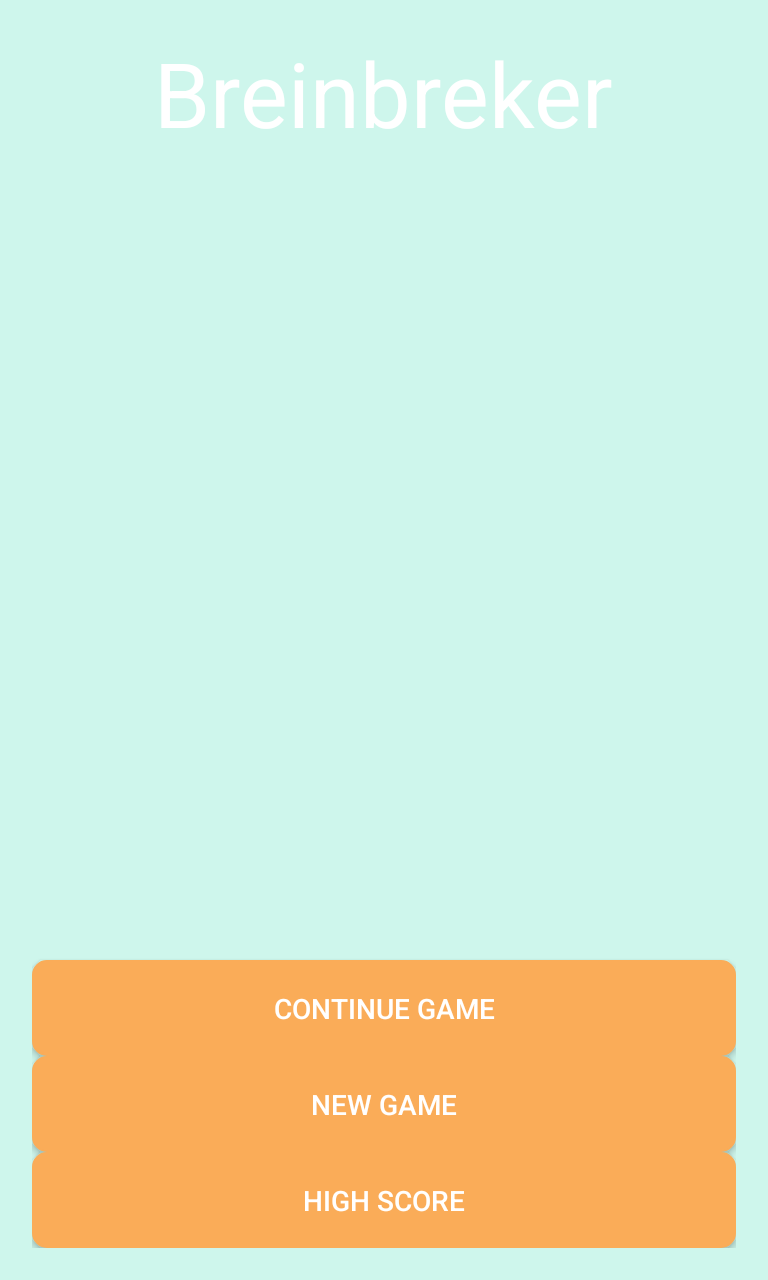
Repository: jelleswester/Breinbreker
Layout: Breinbreker/res/layout/activity_start_screen.xml
An editor plug-in stored every save of this project. The layout is shown before and after the next save, followed by the edit.
It is drawn on a 768 x 1280 px phone screen (xhdpi) without system bars, with theme AppTheme; the app's code is not run.

Above is the layout before, as saved 2015-01-22 20:42:50.

### Breinbreker/res/layout/activity_start_screen.xml
<RelativeLayout xmlns:android="http://schemas.android.com/apk/res/android"
    xmlns:tools="http://schemas.android.com/tools"
    android:layout_width="match_parent"
    android:layout_height="match_parent"
    android:paddingBottom="@dimen/activity_vertical_margin"
    android:paddingLeft="@dimen/activity_horizontal_margin"
    android:paddingRight="@dimen/activity_horizontal_margin"
    android:paddingTop="@dimen/activity_vertical_margin"
    android:background="#CEF6EC"
    tools:context="nl.mprog.jelleswester.breinbreker.StartScreenActivity" >

    <TextView
        android:id="@+id/textView1"
        android:layout_width="wrap_content"
        android:layout_height="wrap_content"
        android:layout_alignParentTop="true"
        android:layout_centerHorizontal="true"
        android:text="@string/brein_breker"
        android:textColor="@color/white"
        android:textSize="45sp" />

    <Button
        android:id="@+id/highScoreButton"
        android:layout_width="fill_parent"
        android:layout_height="wrap_content"
        android:layout_alignParentBottom="true"
        android:layout_centerHorizontal="true"
        android:onClick="highScoreButton"
        android:background="@drawable/button_shape"
        android:textColor="@color/white"
        android:text="@string/high_score" />

    <Button
        android:id="@+id/newGameButton"
        android:layout_width="fill_parent"
        android:layout_height="wrap_content"
        android:layout_above="@+id/highScoreButton"
        android:layout_alignLeft="@+id/highScoreButton"
        android:onClick="startButton"
        android:background="@drawable/button_shape"
        android:textColor="@color/white"
        android:text="@string/new_game" />

    <Button
        android:id="@+id/continueGameButton"
        android:layout_width="fill_parent"
        android:layout_height="wrap_content"
        android:layout_above="@+id/newGameButton"
        android:layout_alignLeft="@+id/newGameButton"
        android:onClick="startButton"
        android:background="@drawable/button_shape"
        android:textColor="@color/white"
        android:text="@string/continue_game" />

</RelativeLayout>

### Breinbreker/res/values/strings.xml
<?xml version="1.0" encoding="utf-8"?>
<resources>

    <string name="app_name">Breinbreker</string>
    <string name="hello_world">Hello world!</string>
    <string name="action_settings">Settings</string>
    <string name="title_activity_game_play">GamePlay</string>
    <string name="title_activity_high_score">HighScore</string>
    <string name="title_activity_you_won">YouWon</string>
    <string name="brein_breker">Breinbreker</string>
    <string name="start_game">START</string>
    <string name="high_score">High Score</string>
    <string name="back">Back</string>
    <string name="confirm">Confirm</string>
    <string name="you_won">You Won</string>
    <string name="congratulations">Congratulations!</string>
    <string name="high_score_entry">Please enter your name for your high score:</string>
    <string name="example_name">Bob</string>
    <string name="example_high_score">1.    Bob               03:59:15</string>
    <string name="characters">AAAA</string>
    <string name="symbol">+</string>
    <string name="symbol_equal">=</string>
    <string name="text">1234</string>
    <string name="continue_game">Continue Game</string>
    <string name="new_game">New Game</string>


</resources>

### Breinbreker/res/values/color.xml
<?xml version="1.0" encoding="utf-8"?>
<resources>
    <item name="white" type="color">#FFFFFF</item>
</resources>

### Breinbreker/res/drawable-hdpi/button_shape.xml
<?xml version="1.0" encoding="UTF-8"?>
<shape
    xmlns:android="http://schemas.android.com/apk/res/android">
    <stroke
        android:width="1dp"
        android:color="#FAAC58"/>
    <corners
        android:radius="7dp" />

    <padding
        android:left="1dp"
        android:right="1dp"
        android:top="1dp"
        android:bottom="1dp"/>

    <solid android:color="#FAAC58"/>

</shape>

Loaded but not shown: Breinbreker/res/values/styles.xml (common file); Breinbreker/res/values-v11/styles.xml (common file); Breinbreker/res/values-v14/styles.xml (common file); Breinbreker/res/values/dimens.xml (common file); Breinbreker/res/values-w820dp/dimens.xml (common file)

After the next save:
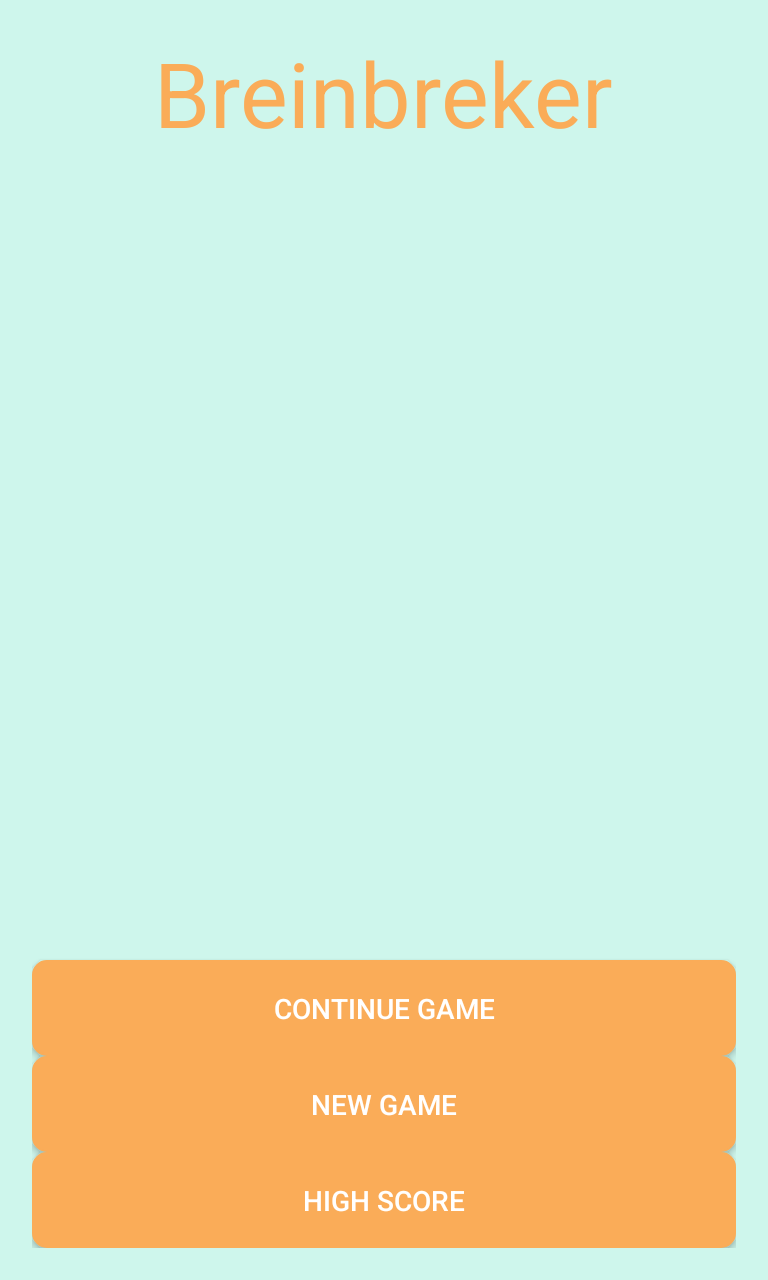
Saved 76 s later.
--- a/Breinbreker/res/layout/activity_start_screen.xml
+++ b/Breinbreker/res/layout/activity_start_screen.xml
@@ -16,7 +16,7 @@
         android:layout_alignParentTop="true"
         android:layout_centerHorizontal="true"
         android:text="@string/brein_breker"
-        android:textColor="@color/white"
+        android:textColor="#FAAC58"
         android:textSize="45sp" />
 
     <Button
